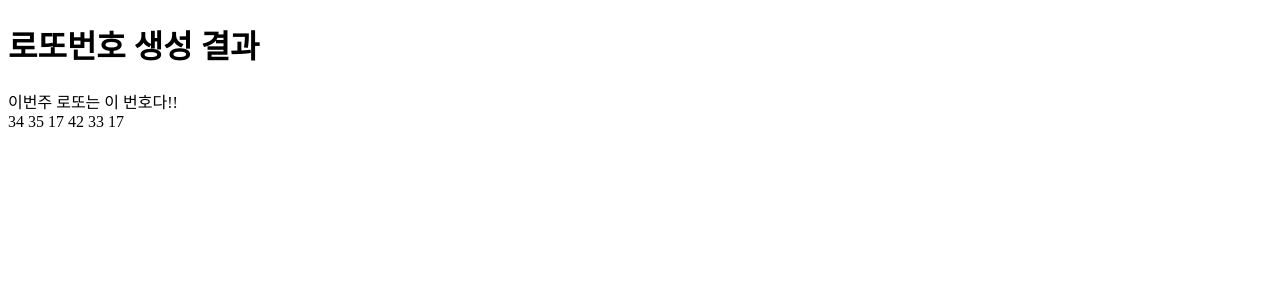
Repository: jungreul97/jsp_pracitce
Page: http://localhost/JSPBasic/JspTag/TagQ03.jsp
The author's editor kept a copy of each file at every save. The page is drawn from the files as they stood at one save, then again after the next save.
The browser window is 1280 px wide. The pictures show the whole page.
The page is served by Tomcat 9.

Above is the page before, as saved 2022-02-03 01:19:49.

After the next save:
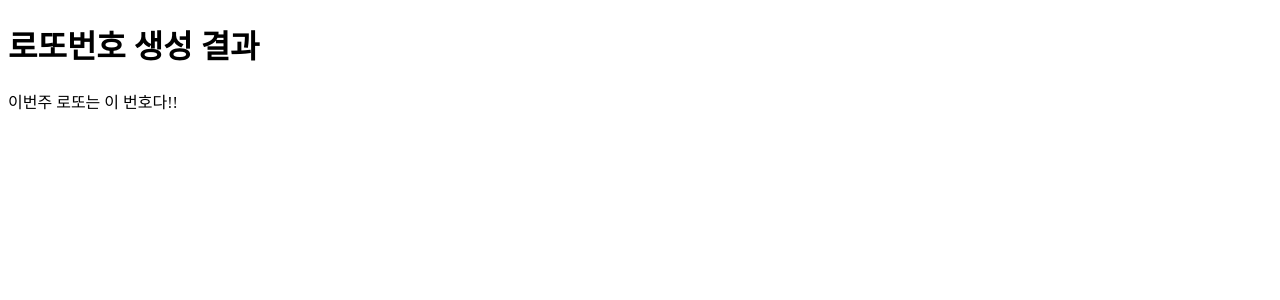
Saved 7 min 12 s later.
--- a/JSPBasic/src/main/webapp/JspTag/TagQ03.jsp
+++ b/JSPBasic/src/main/webapp/JspTag/TagQ03.jsp
@@ -1,3 +1,4 @@
+<%@page import="java.util.*" %>
 <%@ page language="java" contentType="text/html; charset=UTF-8"
     pageEncoding="UTF-8"%>
 <!DOCTYPE html>
@@ -11,14 +12,28 @@
 <%
 	out.println("이번주 로또는 이 번호다!!<br/>");
 	int[] arr = new int[6];
-	for(int i=0;i<6;i++){
+	/* for(int i=0;i<6;i++){
 		int randnum = (int)(Math.random()*46)+1;
 
 		arr[i] = randnum;
 		out.println(arr[i]+" ");
 		Thread.sleep(700);
 		out.flush();
+	}  */
+
+	List<Integer> lotto = new ArrayList<>();
+	while(true){
+		int rn = rn = (int)(Math.random()*46)+1;
+		if(!lotto.contains(rn)){
+			lotto.add(rn);
+		}
+		if(lotto.size() == 6){
+			break;
+		}
 	}
+
+	Collections.sort(lotto);
+
 
 
 %>
